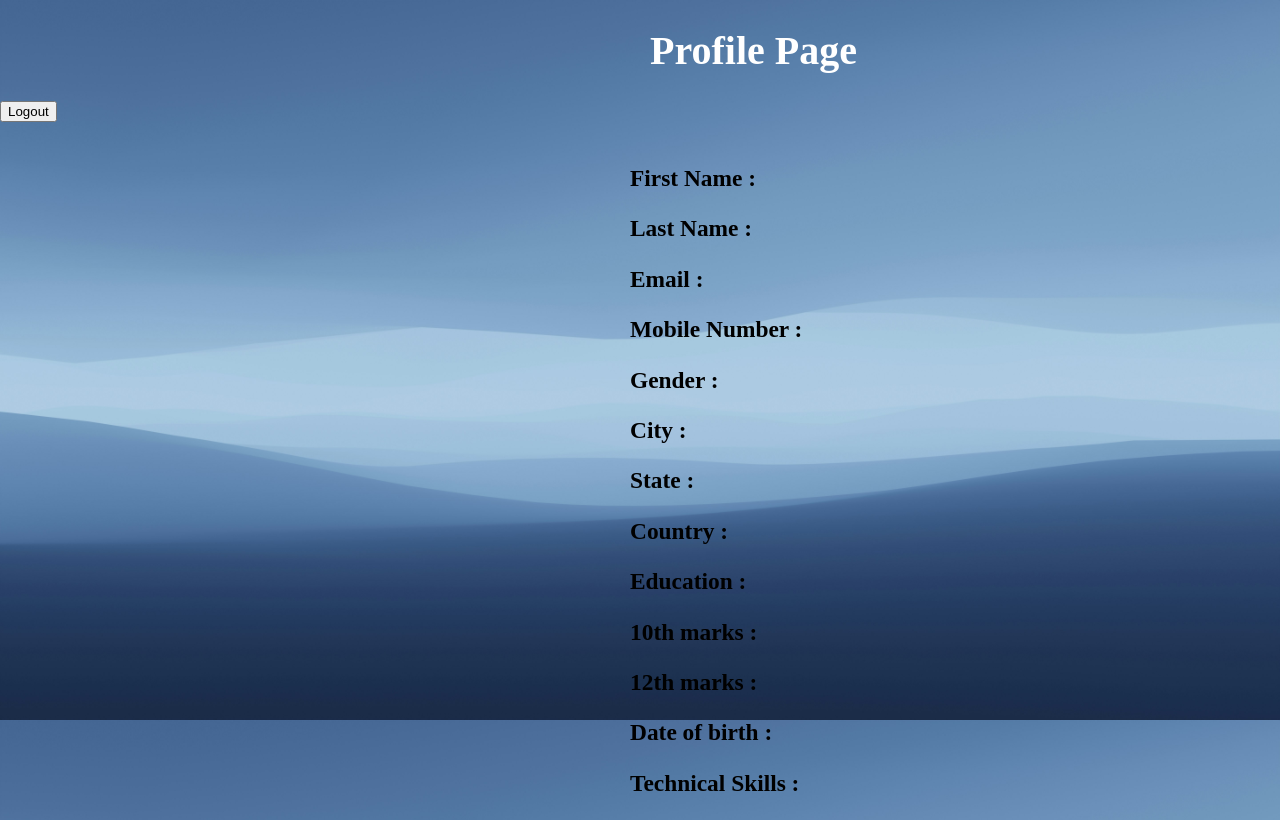
Repository: aboli-vyas/Servlet_Projects
Page: http://localhost/Sevlet_Project/Profile.jsp
These files come from the project's save history. The page is drawn as it stood at one moment and after the next save; the edit follows.
The browser window is 1280 px wide. The pictures show the whole page.
Backgrounds fixed to the window are drawn as part of the page. The page is served by Tomcat 10. The template is opened directly, without the code that normally fills it, so the values that code supplies are empty.

Above is the page before, as saved 2025-06-10 14:13:28.

After the next save:
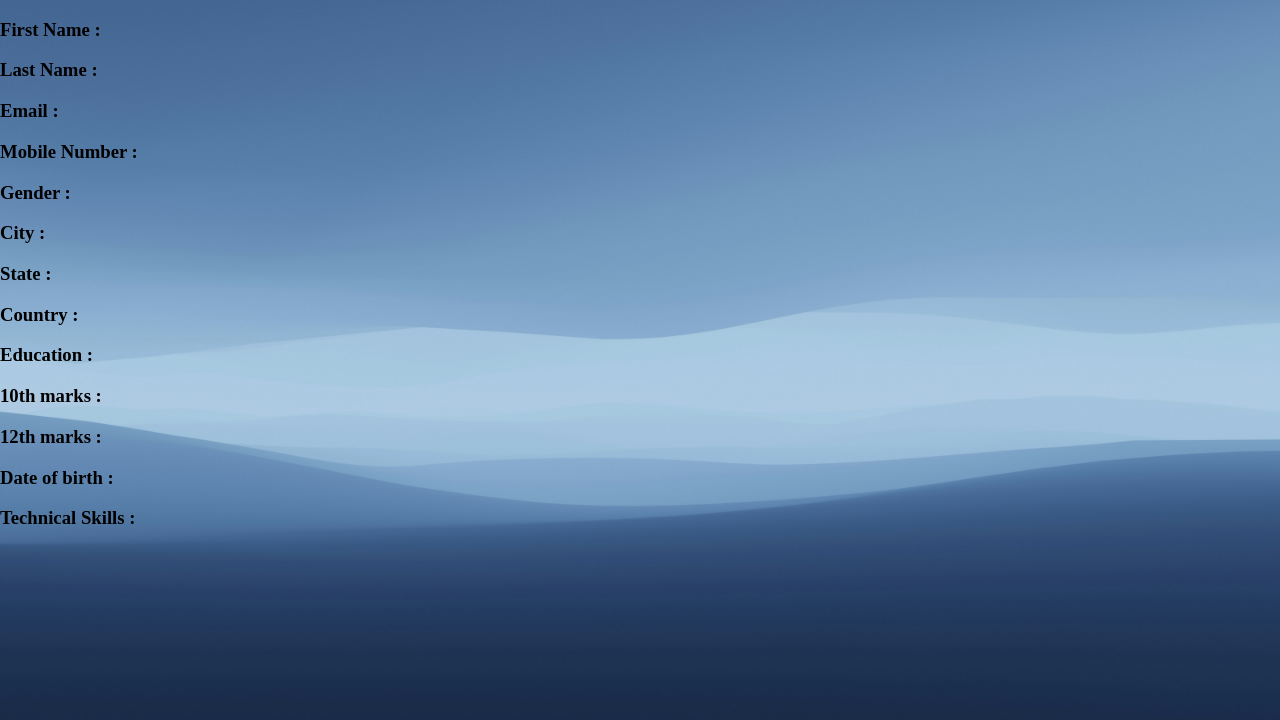
Saved 13 s later.
--- a/Sevlet_Project/src/main/webapp/Profile.jsp
+++ b/Sevlet_Project/src/main/webapp/Profile.jsp
@@ -8,7 +8,7 @@
 <link rel="stylesheet" href="style4.css">
 </head>
 <body>
-<form>
+<form action=">
 <h1>Profile Page</h1>
 <button>Logout</button>
 

After the save that followed:
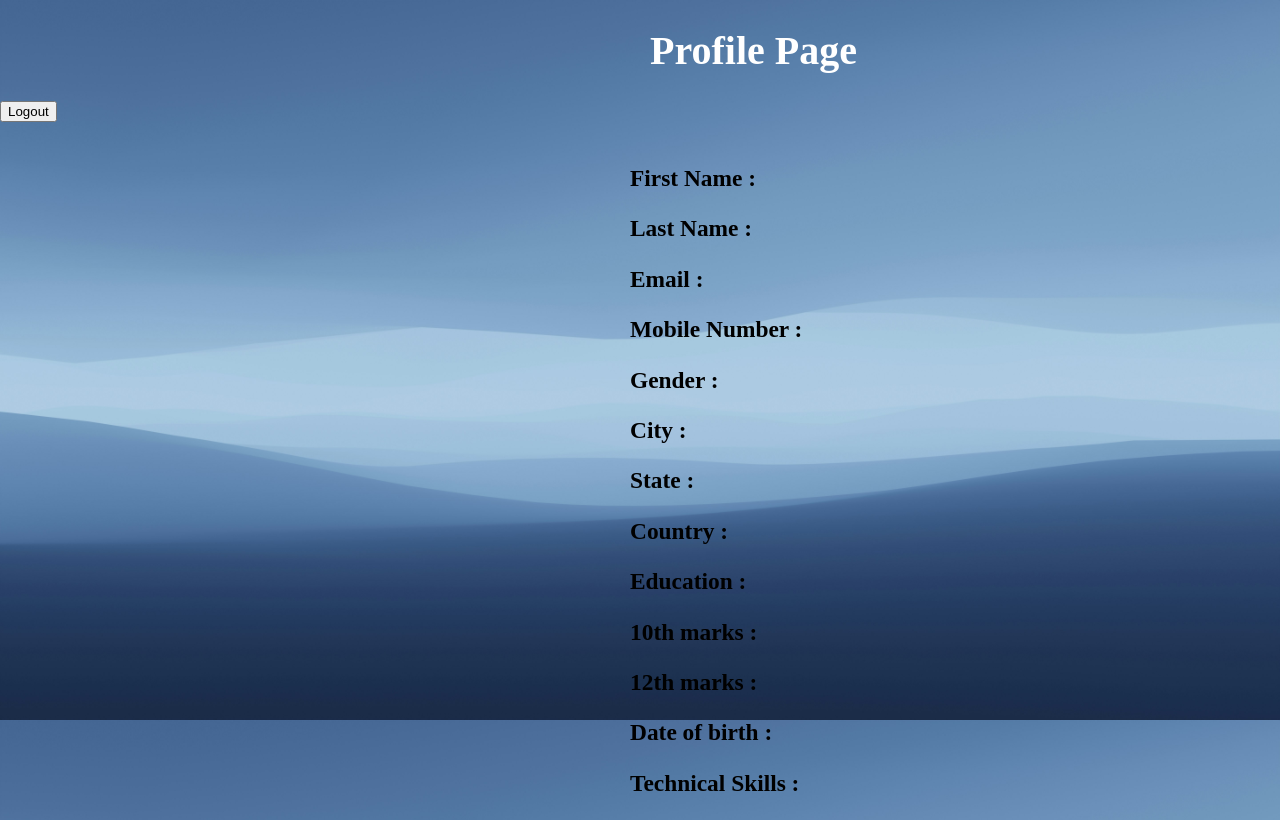
Saved 24 s later.
--- a/Sevlet_Project/src/main/webapp/Profile.jsp
+++ b/Sevlet_Project/src/main/webapp/Profile.jsp
@@ -8,7 +8,7 @@
 <link rel="stylesheet" href="style4.css">
 </head>
 <body>
-<form action=">
+<form action="logout" method="post">
 <h1>Profile Page</h1>
 <button>Logout</button>
 
